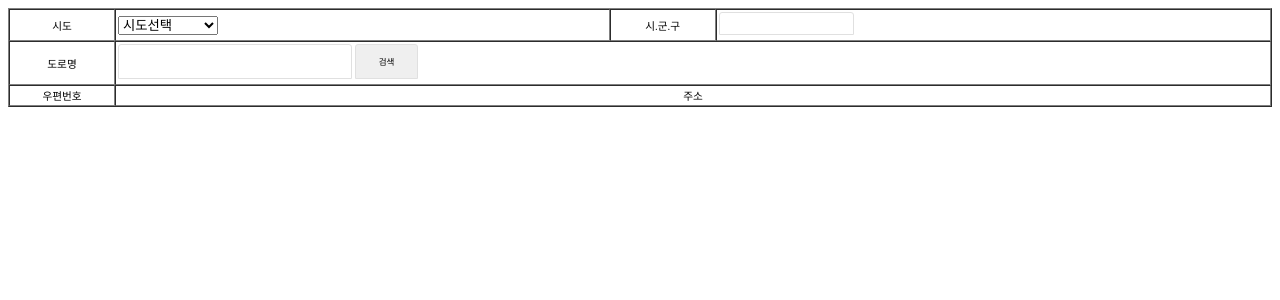
Repository: keepsus/gaebokchi
Page: http://localhost/uzuslime/member/memberCheckPost.jsp
The author's editor kept a copy of each file at every save. The page is drawn from the files as they stood at one save, then again after the next save.
The browser window is 1280 px wide. The pictures show the whole page.
The page is served by Tomcat 9. Nobody is signed in. The application's start-up code is not run. Other server files are loaded and not shown.

Above is the page before, as saved 2021-02-12 11:40:38.

### uzuslime/src/main/webapp/member/memberCheckPost.jsp
<%@ page language="java" contentType="text/html; charset=UTF-8"
    pageEncoding="UTF-8"%>
<%@ taglib prefix="c" uri="http://java.sun.com/jsp/jstl/core" %>

<!DOCTYPE html>
<html>
<head>
<meta charset="UTF-8">
<title>우편번호 검색</title>
<link rel="stylesheet" href="../css/member.css">
  <link rel="stylesheet" href="/slime/css/memberCheckPost.css">
</head>
<body>
<form id="memberCheckPostForm">
<table id="checkPostTable" border="1" width="100%" cellpadding="2" cellspacing="0">
<tr>
	<td width="100" align="center">시도</td>
	<td>
		<select name="sido" id="sido" style="width: 100px;">
				<option>시도선택</option>
				<option value="서울">서울</option>
				<option value="인천">인천</option>
				<option value="대전">대전</option>
				<option value="대구">대구</option>
				<option value="울산">울산</option>
				<option value="세종">세종</option>
				<option value="광주">광주</option>
				<option value="경기">경기</option>
				<option value="강원">강원</option>
				<option value="전남">전남</option>
				<option value="전북">전북</option>
				<option value="경남">경남</option>
				<option value="경북">경북</option>
				<option value="충남">충남</option>
				<option value="충북">충북</option>
				<option value="부산">부산</option>
				<option value="제주">제주</option>
			</select>
	</td>
	<td align="center" width="100">시.군.구</td>
	<td><input type="text" name="sigungu" id="sigungu"></td>
</tr>

<tr>
	<td align="center">도로명</td>
	<td colspan="3">
		<input type="text" name="roadname" id="roadname" size="35">
		<input type="button" id="checkPostSearchBtn" value="검색">
	</td>
</tr>

<tr>
	<td align="center">우편번호</td>
	<td colspan="3" align="center">주소</td>
</tr>
</table>
</form>
<script type="text/javascript" src="https://code.jquery.com/jquery-3.5.1.min.js"></script>
<script type="text/javascript" src="/slime/js/member.js"></script>
</body>
</html>

### uzuslime/src/main/webapp/css/member.css
@charset "UTF-8";
td {
	font-size: 8pt;
}

#addressA:link {color: black; text-decoration: none;}
#addressA:visited {color: black; text-decoration: none;}
#addressA:hover {color: blue; text-decoration: underline;}
#addressA:active {color: black; text-decoration: none;}

### uzuslime/src/main/webapp/css/memberCheckPost.css
.checkPost {
	padding : 2%;

}



.checkPostSearchBtn{
	border-radius: 3px 3px 0 0;
    border: 1px solid #8393a7;
    background-color: #8393a7;
    font-size: 80%;
    color :white;
    cursor:pointer;
}

input {
	padding: 1% 2%;
    line-height: 1.2;
    border-radius: 3px 3px 0 0;
    border: 1px solid #e0e0e0;
    font-size: 80%;
    margin-bottom: 3px;
}

.checkPost {
	background-image: url("/slime/image/img6_1.jpg");
    background-size:cover;
}

### uzuslime/src/main/webapp/js/member.js
//로그인
$('#loginBtn').click(function(){
	$('#loginIdDiv').empty();
	$('#loginPwdDiv').empty();

	if($('#loginId').val()==''){
		$('#loginIdDiv').text('아이디를 입력')
						.css('color','red')
						.css('font-size','8pt')
						.css('font-weight','bold');

	}else if($('#loginPwd').val()==''){
		$('#loginPwdDiv').text('비밀번호를 입력')
						 .css('color','red')
						 .css('font-size','8pt')
						 .css('font-weight','bold');
	}else{
		$.ajax({
			type : 'post',
			url: '/slime/member/login',
			data: {'member_id': $('#loginId').val(), 'pwpwpw': $('#loginPwd').val()},

			dataType: 'text',
			success: function(data){
				if(data == 'success'){
					location.href = '/slime/index.jsp';

				}else if(data == 'fail'){

					alert('잘못된 정보입니다. 다시 입력해주세요.');
				}
			},//success
			error: function(err){
				console.log(err);
			}//error

		});//ajax
	}//else
});//click

//회원가입
$('#writeBtn').click(function(){
	$('#nameDiv').empty();
	$('#idDiv').empty();
	$('#pwdDiv').empty();
	$('#repwdDiv').empty();
	$('#emailDiv').empty();
	var idReg = /^[A-za-z0-9]/g;
	//아이디 한글못넣게 하는 것
	//[영문 대문자 또는 소문자로 시작하는 아이디, 끝날때 제한 없음]

	//if($('#name').val()==''){ -> 방법 1
	//if($('input[id=member_name]').val()==''){ -> 방법 2
	//id 속성이용은 2가지 방법 모두 가능
	if($('input[id=member_name]').val()==''){
		$('#nameDiv').text('이름을 입력하세요');
		$('#nameDiv').css('color','red');
		$('#nameDiv').css('font-size','8pt');
		$('#nameDiv').css('font-weight','bold');

	}else if($('#member_id').val()==''){	//id 속성이용
		$('#idDiv').text('아이디를 입력하세요');
		$('#idDiv').css('color','red');
		$('#idDiv').css('font-size','8pt');
		$('#idDiv').css('font-weight','bold');

	}else if( !idReg.test( $("input[id=member_id]").val() ) ){
		$('#idDiv').text('아이디는 영문자로 시작하는 6~20자 영문자 또는 숫자이어야 합니다.');
		$('#idDiv').css('color','red');
		$('#idDiv').css('font-size','8pt');
		$('#idDiv').css('font-weight','bold');

	}else if($('input[name=member_pw]').val()==''){
		$('#pwdDiv').text('비밀번호를 입력하세요')
		$('#pwdDiv').css('color','red')
		$('#pwdDiv').css('font-size','8pt')
		$('#pwdDiv').css('font-weight','bold');

	}else if($('input[name=repw]').val() != $('input[name=member_pw]').val()){
		$('#repwdDiv').text('비밀번호가 맞지 않습니다')
		$('#repwdDiv').css('color','red')
		$('#repwdDiv').css('font-size','8pt')
		$('#repwdDiv').css('font-weight','bold');

	}else if($('#member_id').val() != $('#check').val()){
		$('#idDiv').text('중복체크 하세요')
		$('#idDiv').css('color','red')
		$('#idDiv').css('font-size','8pt')
		$('#idDiv').css('font-weight','bold');

	}else if($('input[name=email1]').val()==''||$('input[name=email2]').val()==''){
		$('#emailDiv').text('이메일을 입력하세요')
		$('#emailDiv').css('color','red')
		$('#emailDiv').css('font-size','8pt')
		$('#emailDiv').css('font-weight','bold');

	}else{
		$('form[name=memberWriteForm]').submit();
	}
});

//중복 아이디 체크
$('#member_id').focusout(function(){
	if($('#member_id').val()==''){
		$('#idDiv').text('먼저 아이디를 입력하세요')
		$('#idDiv').css('color','magenta')
		$('#idDiv').css('font-size','8pt')
		$('#idDiv').css('font-weight','bold');

	}else{
		$.ajax({
			type: 'post',
			url: '/slime/member/checkId',
			data: 'member_id='+$('#member_id').val(),
			dataType: 'text',
			success: function(data){
				if(data == 'exist'){
					$('#idDiv').text('사용 불가능')
					$('#idDiv').css('color','magenta')
					$('#idDiv').css('font-size','8pt')
					$('#idDiv').css('font-weight','bold');

				}else if(data == 'non_exist'){
					$('#check').val($('#member_id').val());

					$('#idDiv').text('사용 가능')
					$('#idDiv').css('color','blue')
					$('#idDiv').css('font-size','8pt')
					$('#idDiv').css('font-weight','bold');
				}
			}
		});
	}
});

//우편번호
$('#checkPostBtn').click(function(){
	window.open("/slime/member/memberCheckPost", "zipcode", "width=700 height=500 scrollbars=yes");
});

$('#checkPostSearchBtn').click(function(){
	$.ajax({
		type: 'post',
		url: '/slime/member/checkPostSearch',
		data: $('#memberCheckPostForm').serialize(),	//serialize : '변수=값&변수=값'
		dataType: 'json',
		success: function(data){
			//alert(JSON.stringify(data));

			$('#checkPostTable tr:gt(2)').remove();

			$.each(data.list, function(index, items){
				var address = items.sido+' '
							+ items.sigungu+' '
							+ items.yubmyundong+' '
							+ items.ri+' '
							+ items.roadname+' '
							+ items.buildingname;

				address = address.replace(/null/g, '');

				$('<tr/>').append($('<td/>',{
					align: 'center',
					text: items.zipcode

				})).append($('<td/>',{
					colspan: '3',
					}).append($('<a/>',{
						href: '#',
						id: 'addressA',
						text: address
					}))
				).appendTo($('#checkPostTable'));
			});//each

			$('a').click(function(){
				//alert($(this).prop('tagName'));
				//alert($(this).parent().prev().text());

				$('#postcode', opener.document).val($(this).parent().prev().text());
				$('#address', opener.document).val($(this).text());
				$('#detailAddress', opener.document).focus();
				window.close();
			});
		},
		error: function(err){
			console.log(err);
		}
	});
});

//회원정보수정
$('#modifyBtn').click(function(){
	$('#nameDiv').empty();
	$('#pwdDiv').empty();
	$('#repwdDiv').empty();

	if($('#member_name').val()==''){
		$('#nameDiv').text('이름을 입력하세요');
		$('#nameDiv').css('color','red');
		$('#nameDiv').css('font-size','8pt');
		$('#nameDiv').css('font-weight','bold');

	}else if($('input[name=member_pw]').val()==''){
		$('#pwdDiv').text('비밀번호를 입력하세요')
		$('#pwdDiv').css('color','red')
		$('#pwdDiv').css('font-size','8pt')
		$('#pwdDiv').css('font-weight','bold');

	}else if($('input[name=repw]').val() != $('input[name=member_pw]').val()){
		$('#repwdDiv').text('비밀번호가 맞지 않습니다')
		$('#repwdDiv').css('color','red')
		$('#repwdDiv').css('font-size','8pt')
		$('#repwdDiv').css('font-weight','bold');

	}else{
		$.ajax({
			type: 'post',
			url: '/slime/member/modify',
			data: $('#memberModifyForm').serialize(),	//serialize : '변수=값&변수=값'
			success: function(){
				alert('회원정보수정 완료');
				location.href='/slime/mypage/myPageOrder.jsp';
			},
			error: function(err){
				console.log(err);
			}
		});
	}
});

//아이디 찾기
$('#searchBtn').click(function(){
	$.ajax({
		type: 'post',
		url: '/slime/member/memberIdSearch',
		data: $('#memberSearch').serialize(),
		dataType: 'text',
		success: function(data){
			alert("회원님의 ID는 "+data+" 입니다");
			location.href='/slime/index.jsp';
		},
		error: function(err){
			alert("틀린 정보입니다. 다시 확인해주세요.")
			console.log(err);
		}
	});
});


//이메일 인증 보내기
$('#emailBtn').click(function(){
	$('#emailDiv').empty();
	if($('input[name=email1]').val()==''||$('input[name=email2]').val()==''){
		$('#emailDiv').text('이메일을 입력하세요');
		$('#emailDiv').css('color','red');
		$('#emailDiv').css('font-size','8pt');
		$('#emailDiv').css('font-weight','bold');

	}else{
		$.ajax({
			type: 'post',
			url: '/slime/member/sendEmail',
			data: 'e_mail='+$('#email1').val()+'@'+$('#email2').val(),
			dataType: 'json',
			success: function(data){
				$('#emailDiv').text('이메일이 발송되었습니다. 인증번호를 입력헤주세요');
				$('#emailDiv').css('color','red');
				$('#emailDiv').css('font-size','8pt');
				$('#emailDiv').css('font-weight','bold');
				console.log('이메일 data ='+ JSON.stringify(data));//data가 들어오는것인가?이상한게 찍힌다.
				$('#checkEmailR').val(data.dice);//받은 인증번호를 jsp에 있는 hidden 속성에 넣어주기
			},
			error: function(err){
				console.log(err);
			}
		});
	}

});


//이메일 인증번호 확인
$('#emailCheckBtn').click(function(){
	$('#emailDiv').empty();

	if($('input[id=checkEmail]').val()==''){
		$('#emailDiv').text('이메일 인증번호를 입력해주세요 ')
		$('#emailDiv').css('color','magenta')
		$('#emailDiv').css('font-size','8pt')
		$('#emailDiv').css('font-weight','bold');

	}else{
		if
		(document.getElementById('checkEmail').value == document.getElementById('checkEmailR').value){
			$('#emailDiv').text('인증되었습니다.')
			$('#emailDiv').css('color','magenta')
			$('#emailDiv').css('font-size','8pt')
			$('#emailDiv').css('font-weight','bold');
		}else if
		(document.getElementById('checkEmail').value != document.getElementById('checkEmailR').value){
			$('#emailDiv').text('인증번호가 맞지 않습니다.')
			$('#emailDiv').css('color','magenta')
			$('#emailDiv').css('font-size','8pt')
			$('#emailDiv').css('font-weight','bold');
		}
	}

});

After the next save:
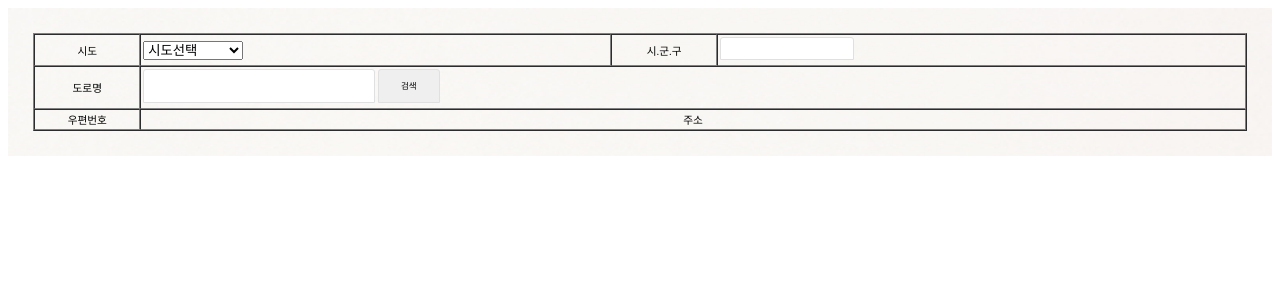
Saved 117 s later.
--- a/uzuslime/src/main/webapp/member/memberCheckPost.jsp
+++ b/uzuslime/src/main/webapp/member/memberCheckPost.jsp
@@ -12,6 +12,7 @@
 </head>
 <body>
 <form id="memberCheckPostForm">
+<div class="checkPost">
 <table id="checkPostTable" border="1" width="100%" cellpadding="2" cellspacing="0">
 <tr>
 	<td width="100" align="center">시도</td>
@@ -54,6 +55,7 @@
 	<td colspan="3" align="center">주소</td>
 </tr>
 </table>
+</div>
 </form>
 <script type="text/javascript" src="https://code.jquery.com/jquery-3.5.1.min.js"></script>
 <script type="text/javascript" src="/slime/js/member.js"></script>
